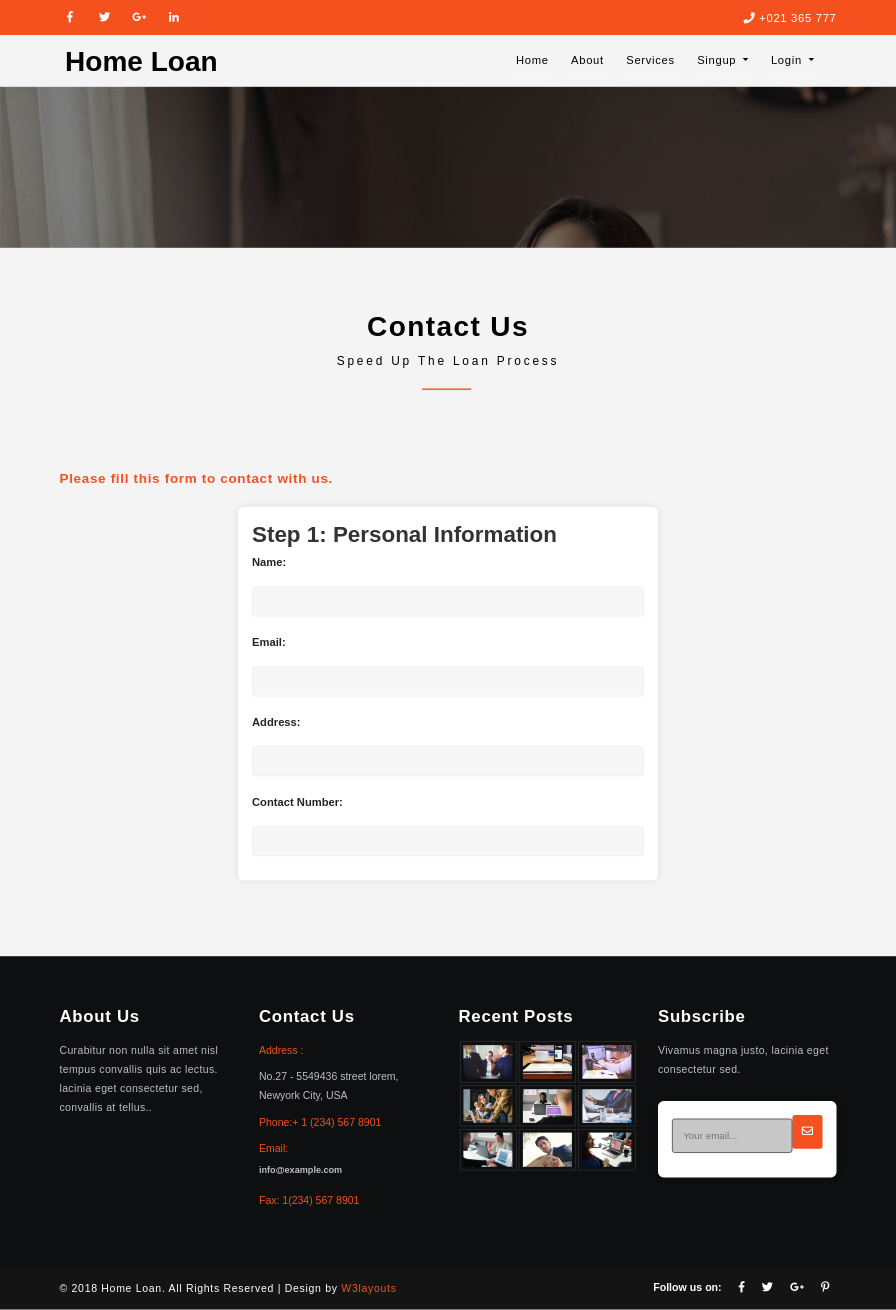
Repository: 72-faisal/Spring-MVC-project
Page: http://localhost/HomeLoan/WEB-INF/views/UserFormForLoanOnline.jsp
An editor plug-in stored every save of this project. The page is shown before and after the next save, followed by the edit.
The browser window is 1280 px wide. The pictures show the whole page, at 70% of full size.
Some web fonts or font styles are not loaded; a fallback is used. The page is served by Tomcat 9. Nobody is signed in. The template is opened directly, without the code that normally fills it, so the values that code supplies are empty.

Above is the page before, as saved 2023-12-29 11:47:19.

After the next save:
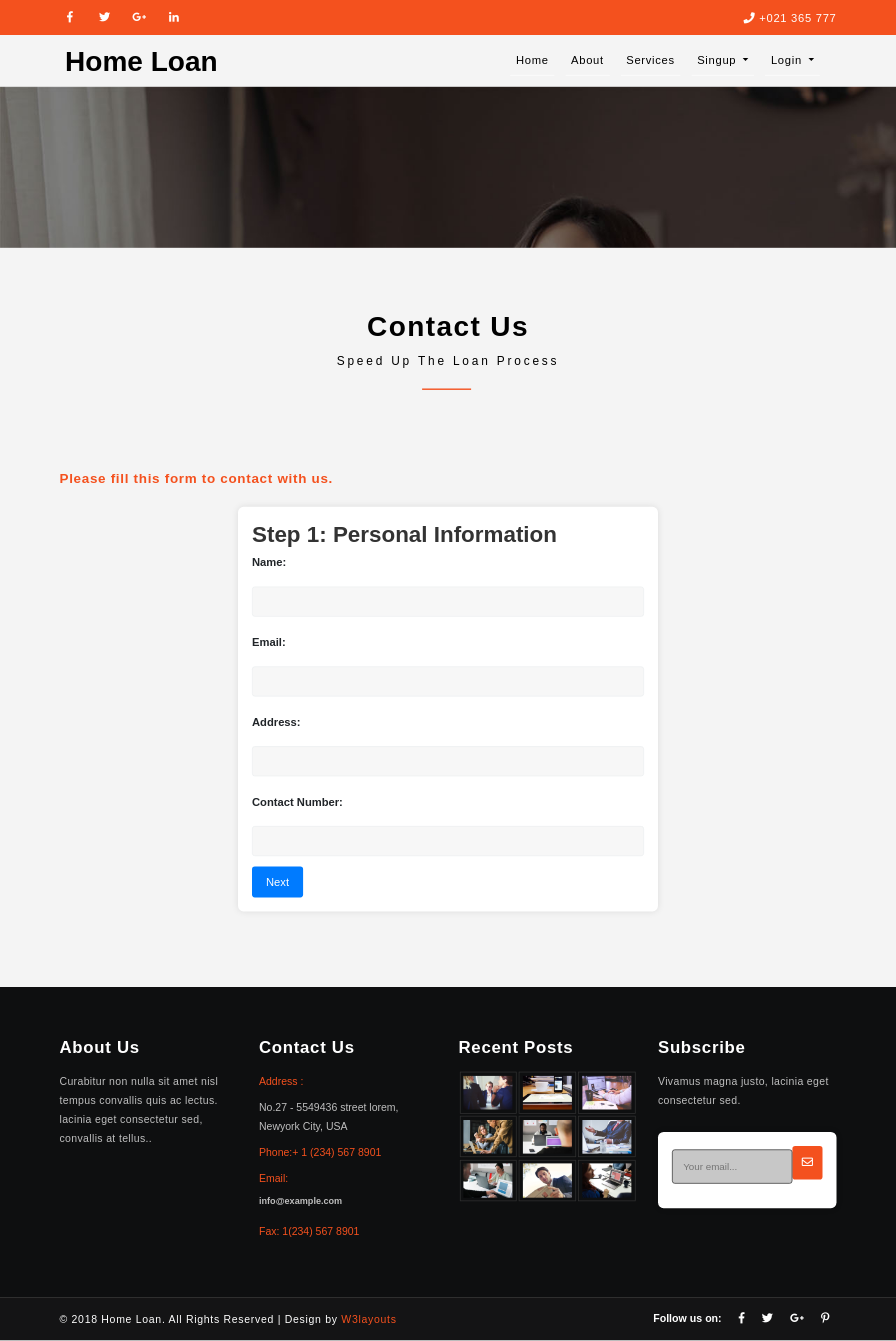
Saved 49 s later.
--- a/HomeLoan/src/main/webapp/WEB-INF/views/UserFormForLoanOnline.jsp
+++ b/HomeLoan/src/main/webapp/WEB-INF/views/UserFormForLoanOnline.jsp
@@ -205,6 +205,7 @@ button:hover {
 					<form action="UploadDocuments" method="post"
 						enctype="multipart/form-data">
 						<!-- Step 1: Personal Information -->
+						<div>
 						<h2>Step 1: Personal Information</h2>
 						<label for="lname">Name:</label> <input type="text" id="lname"
 							name="lname" required> <label for="lemail">Email:</label>
@@ -212,6 +213,8 @@ button:hover {
 							for="laddress">Address:</label> <input type="text" id="laddress"
 							name="laddress" required> <label for="lcontact">Contact
 							Number:</label> <input type="text" id="lcontact" name="lcontact" required>
+							<button type="button" onclick="nextStep()">Next</button>
+							</div>
 					</form>
 				</div>
 			</div>
